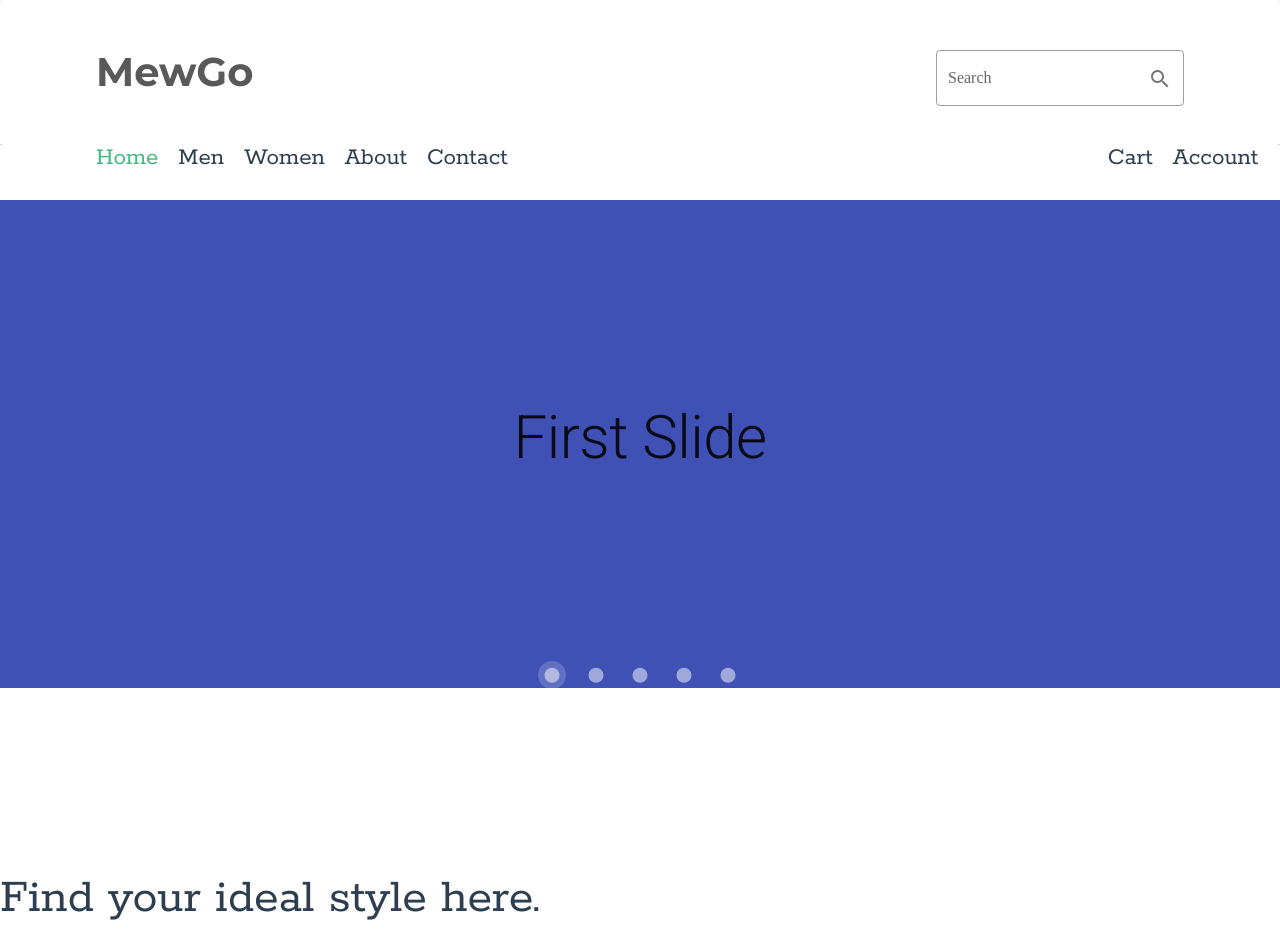
Repository: nguyenphuong152/shoesstore
Page: / (app in frontend-customer/)
These files come from the project's save history. The page is drawn as it stood at one moment and after the next save; the edit follows.
The browser window is 1280 px wide. The pictures show the part of the page from y = 0 to 950 px (the page is 3230 px tall before and 3191 px after).
Pictures or frames that could not be fetched are drawn as grey boxes. The project was rebuilt for these pictures with package versions that can differ from the ones it lists, and the page was loaded fresh each time. Also part of the build but not shown: frontend-customer/vue.config.js.

Above is the page before, as saved 2020-11-18 10:34:10.

### frontend-customer/public/index.html
<!DOCTYPE html>
<html lang="en">
  <head>
    <meta charset="utf-8">
    <meta http-equiv="X-UA-Compatible" content="IE=edge">
    <meta name="viewport" content="width=device-width,initial-scale=1.0">
    <link rel="icon" href="<%= BASE_URL %>favicon.ico">
    <title><%= htmlWebpackPlugin.options.title %></title>
    <link rel="stylesheet" href="https://fonts.googleapis.com/css?family=Roboto:100,300,400,500,700,900">
    <link rel="stylesheet" href="https://cdn.jsdelivr.net/npm/@mdi/font@latest/css/materialdesignicons.min.css">
    <link rel="stylesheet" href="https://fonts.googleapis.com/css?family=Roboto:100,300,400,500,700,900">
    <link href="https://fonts.googleapis.com/css?family=Montserrat:300,400,500,600,700" rel="stylesheet">
	<link href="https://fonts.googleapis.com/css?family=Rokkitt:100,300,400,700" rel="stylesheet">
    <link rel="stylesheet" href="https://cdn.jsdelivr.net/npm/@mdi/font@latest/css/materialdesignicons.min.css">
  </head>
  <body>
    <noscript>
      <strong>We're sorry but <%= htmlWebpackPlugin.options.title %> doesn't work properly without JavaScript enabled. Please enable it to continue.</strong>
    </noscript>
    <div id="app"></div>
    <!-- built files will be auto injected -->
  </body>
</html>

### frontend-customer/src/main.js
import Vue from 'vue'
import App from './App.vue'
import vuetify from './plugins/vuetify';
import router from './router'
import '../sass/style.scss'

Vue.config.productionTip = false

new Vue({
  vuetify,
  router,
  render: h => h(App)
}).$mount('#app')

### frontend-customer/src/App.vue
<template>
  <div id="app">
    <div>
      <v-card flat height="200px" tile>
        <v-toolbar extended extension-height="80">
          <v-toolbar-title id="logo">MewGo</v-toolbar-title>
          <v-spacer></v-spacer>
          <v-toolbar-items id="searchbar">
            <v-text-field
              v-model="search"
              append-icon="mdi-magnify"
              label="Search"
              outlined
              single-line
              hide-details
            ></v-text-field>
          </v-toolbar-items>
        </v-toolbar>
        <v-card flat tile class="nav">
          <v-button-items>
            <router-link to="/">Home</router-link>
            <router-link to="/men">Men</router-link>
            <router-link to="/women">Women</router-link>
            <router-link to="/about">About</router-link>
            <router-link to="/contact">Contact</router-link>
            <router-link to="/cart" id="shopping-cart">Cart</router-link>
            <router-link to="/account">Account</router-link>
          </v-button-items>
        </v-card>
      </v-card>
    </div>
    <Banner />
    <router-view />
  </div>
</template>

<script>
import Banner from "./components/Banner";

export default {
  name: "App",

  components: {
    Banner,
  },

  data: () => ({
    //
  }),
};
</script>

### frontend-customer/src/router/index.js
import Vue from 'vue'
import VueRouter from 'vue-router'
import Home from '../views/Home.vue'

Vue.use(VueRouter)

const routes = [
  {
    path: '/',
    name: 'Home',
    component: Home
  },
  {
    path: '/men',
    name: 'Men',
    component: () => import(/* webpackChunkName: "about" */ '../views/Men.vue')
  },
  {
    path: '/women',
    name: 'Women',
    component: () => import(/* webpackChunkName: "about" */ '../views/Women.vue')
  },
  {
    path: '/about',
    name: 'About',
    // route level code-splitting
    // this generates a separate chunk (about.[hash].js) for this route
    // which is lazy-loaded when the route is visited.
    component: () => import(/* webpackChunkName: "about" */ '../views/About.vue')
  },
  {
    path: '/contact',
    name: 'Contact',
    component: () => import(/* webpackChunkName: "about" */ '../views/Contact.vue')
  },
  {
    path: '/cart',
    name: 'Cart',
    component: () => import(/* webpackChunkName: "about" */ '../views/Cart.vue')
  },
  {
    path: '/account',
    name: 'Account',
    component: () => import(/* webpackChunkName: "about" */ '../views/Account.vue')
  },
]

const router = new VueRouter({
  mode: 'history',
  base: process.env.BASE_URL,
  routes
})

export default router

### frontend-customer/sass/style.scss
$font-primary: 'Montserrat',
Arial,
sans-serif;
$font-secondary: 'Rokkitt',
Georgia,
serif;

// Overrides
$grid-gutter-width: 20px !default;
$border-radius-base: 4px !default;
$padding-base-vertical: 14px !default;

$brand-primary: #616161 !default;
$brand-secondary: #88c8bc !default;
$brand-yellow: #FFDD00 !default;
$brand-footer-color: #2C2E3E;

$brand-white: #fff;
$brand-black: #000;
$brand-darker: #444;
$brand-gray: #ccc;
$brand-lighter: #e9e9e9;
$brand-body-color: #e8e8e8;
$brand-selection-color: #f9f6f0;
$brand-overlay-color: #4c4a8a;
$brand-bg-color: $brand-white;

#app {
  -webkit-font-smoothing: antialiased;
  -moz-osx-font-smoothing: grayscale;
  color: #2c3e50;
}

.item-nav {
  padding-right: 20px;
}


.nav {
  padding-left: 96px;
  a {
    font-size: 25px;
    color: #2c3e50;
    font-family: $font-secondary;
    text-decoration: none;

    &.router-link-exact-active {
      color: #42b983;
    }

    @extend .item-nav;
  }
}

#logo {
  font-size: 40px;
  padding-top: 80px;
  padding-left: 80px;
  font-weight: 700;
  font-family: $font-primary;
  color: lighten($brand-black, 35%);
}

#searchbar {
  padding-right: 80px;
  padding-top: 50px;
}

#shopping-cart {
  padding-left: 580px;
}

.slogan {
  font-size: 50px;
  color: #2c3e50;
  font-family: $font-secondary;
  text-decoration: none;
}

#home-page{
  margin-top: -50px;
}

#collection {
  margin-top: 50px;
  margin-left:80px;
  margin-right:80px;
  margin-bottom: 50px;
}

.title-collection{
  @extend .slogan;
  font-size: 25px;
  padding-left: 140px;
}

.slogan-2 {
  @extend .slogan;
  padding-left: 500px;
  margin-bottom: 50px;
}

.slogan-3 {
  color: $brand-primary;
  @extend .slogan-2;
  font-size: 40px;
}

### frontend-customer/src/components/Banner.vue
<template>
  <v-app>
    <v-carousel
      cycle
      height="500"
      hide-delimiter-background
      show-arrows-on-hover
    >
      <v-carousel-item v-for="(slide, i) in slides" :key="i">
        <v-sheet :color="colors[i]" height="100%">
          <v-row class="fill-height" align="center" justify="center">
            <div class="display-3">{{ slide }} Slide</div>
          </v-row>
        </v-sheet>
      </v-carousel-item>
    </v-carousel>
  </v-app>
</template>

<script>
export default {
  data() {
    return {
      colors: [
        "indigo",
        "warning",
        "pink darken-2",
        "red lighten-1",
        "deep-purple accent-4",
      ],
      slides: ["First", "Second", "Third", "Fourth", "Fifth"],
    };
  },
};
</script>

### frontend-customer/src/views/Home.vue
<template>
  <div class="home" id="home-page">
    <v-content>
      <a class="slogan text-center">Find your ideal style here.</a>
      <Collection />
      <a class="slogan-2">Best Sellers</a>
      <BestSeller />
      <a class="slogan-3">TRUSTED PARTNERS</a>
      <Partner />
    </v-content>
  </div>
</template>

<script>
import Collection from "../components/Collection";
import BestSeller from "../components/BestSeller";
import Partner from "../components/Partner";

export default {
  components: {
    Collection,
    BestSeller,
    Partner
  },

  data: () => ({
    //
  }),
};
</script>

### frontend-customer/src/components/Collection.vue
<template>
  <v-row id="collection">
    <v-col v-for="n in 2" :key="n" class="d-flex child-flex" cols="6">
      <v-card>
        <v-img
          :src="`https://picsum.photos/500/300?image=${n * 5 + 10}`"
          :lazy-src="`https://picsum.photos/10/6?image=${n * 5 + 10}`"
         class="grey lighten-2"
        >
          <template v-slot:placeholder>
            <v-row class="fill-height ma-0" align="center" justify="center">
              <v-progress-circular
                indeterminate
                color="grey lighten-5"
              ></v-progress-circular>
            </v-row>
          </template>
        </v-img>
        <v-card-title class="title-collection">
      {{titles[n-1]}}
    </v-card-title>
      </v-card>
    </v-col>
  </v-row>
</template>

<script>
export default {
      data(){
          return {
              titles:[
                  "Shop Men's Collection",
                  "Shop Women's Collection",
              ],
          }
      }
};
</script>

<style></style>

### frontend-customer/src/components/BestSeller.vue
<template>
  <v-row id="collection">
    <v-col v-for="n in 9" :key="n" class="d-flex child-flex" cols="4">
      <v-card class="mx-auto"
    outlined>
        <v-img
          :src="`https://picsum.photos/500/300?image=${n * 5 + 10}`"
          :lazy-src="`https://picsum.photos/10/6?image=${n * 5 + 10}`"
          aspect-ratio="1"
          class="grey lighten-2"
        >
          <template v-slot:placeholder>
            <v-row class="fill-height ma-0" align="center" justify="center">
              <v-progress-linear
                indeterminate
                color="yellow darken-2"
              ></v-progress-linear>
            </v-row>
          </template>
        </v-img>
        <v-card-title class="title-collection"> Pic{{ n }} </v-card-title>
        <v-card-subtitle class="title-collection">Price</v-card-subtitle>
      </v-card>
    </v-col>
  </v-row>
</template>

<script>
export default {
  data() {},
};
</script>

<style></style>

### frontend-customer/src/components/Partner.vue
<template>
  <v-row id="collection" no-gutters>
    <v-col
      v-for="item in items"
      :key="item.id"
      class="d-flex child-flex"
      cols="2"
    >
        <v-img :src="item.src" class="grey lighten-2">
          <template v-slot:placeholder>
            <v-row class="fill-height ma-0" align="center" justify="center">
              <v-progress-circular
                indeterminate
                color="grey lighten-5"
              ></v-progress-circular>
            </v-row>
          </template>
        </v-img>
    </v-col>
  </v-row>
</template>

<script>
export default {
  data() {
    return {
      items: [
        {
          id: 1,
          src: require("../assets/brand-1.jpg"),
        },
        {
          id: 2,
          src: require("../assets/brand-2.jpg"),
        },
        {
          id: 3,
          src: require("../assets/brand-3.jpg"),
        },
        {
          id: 4,
          src: require("../assets/brand-4.jpg"),
        },
        {
          id: 5,
          src: require("../assets/brand-5.jpg"),
        },
      ],
    };
  },
};
</script>

<style></style>

Loaded but not shown: frontend-customer/src/plugins/vuetify.js (common file)

After the next save:
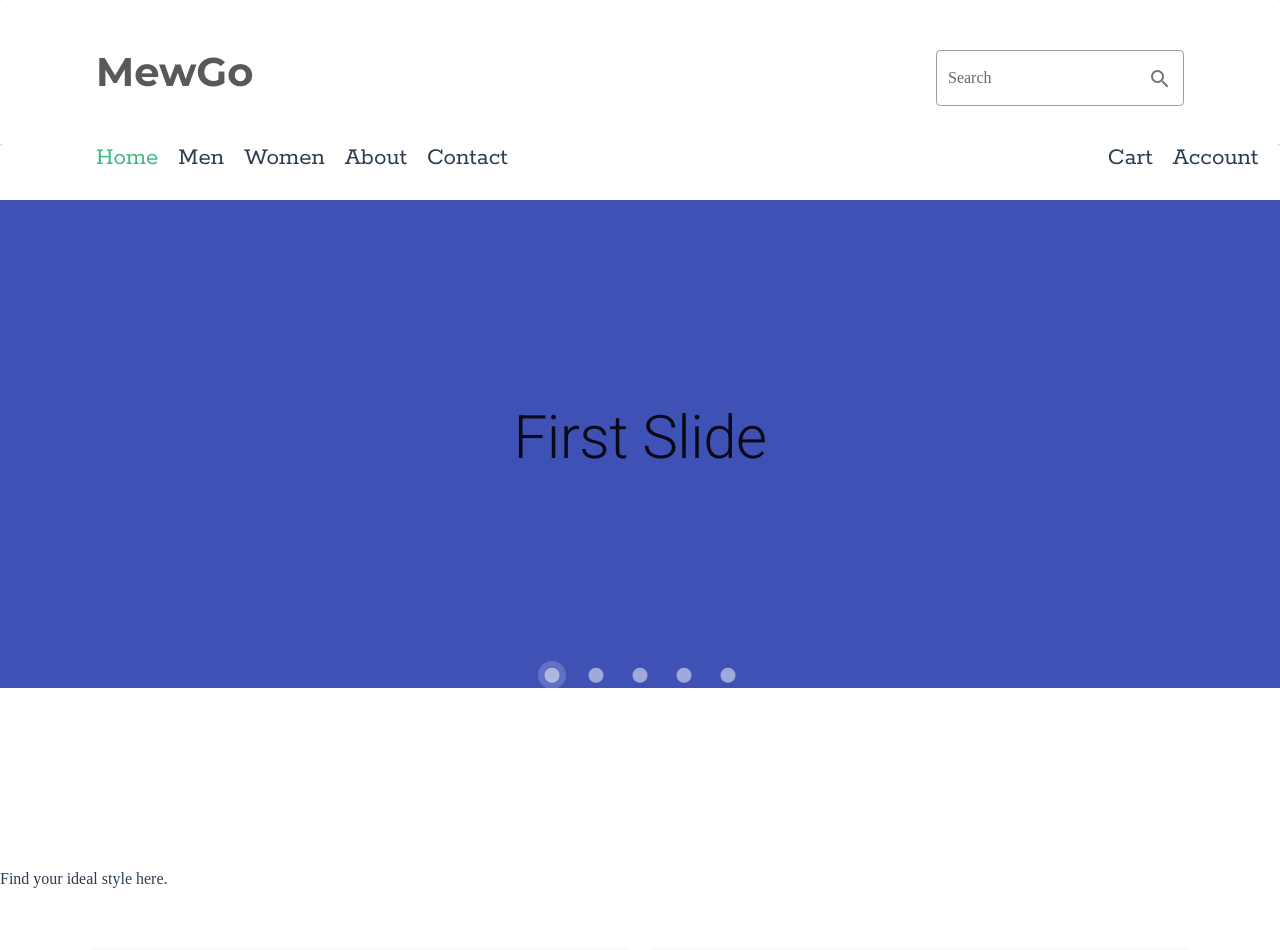
Saved 2 min 13 s later.
--- a/frontend-customer/src/views/Home.vue
+++ b/frontend-customer/src/views/Home.vue
@@ -1,7 +1,7 @@
 <template>
   <div class="home" id="home-page">
     <v-content>
-      <a class="slogan text-center">Find your ideal style here.</a>
+      <a class="text-center">Find your ideal style here.</a>
       <Collection />
       <a class="slogan-2">Best Sellers</a>
       <BestSeller />

After the save that followed:
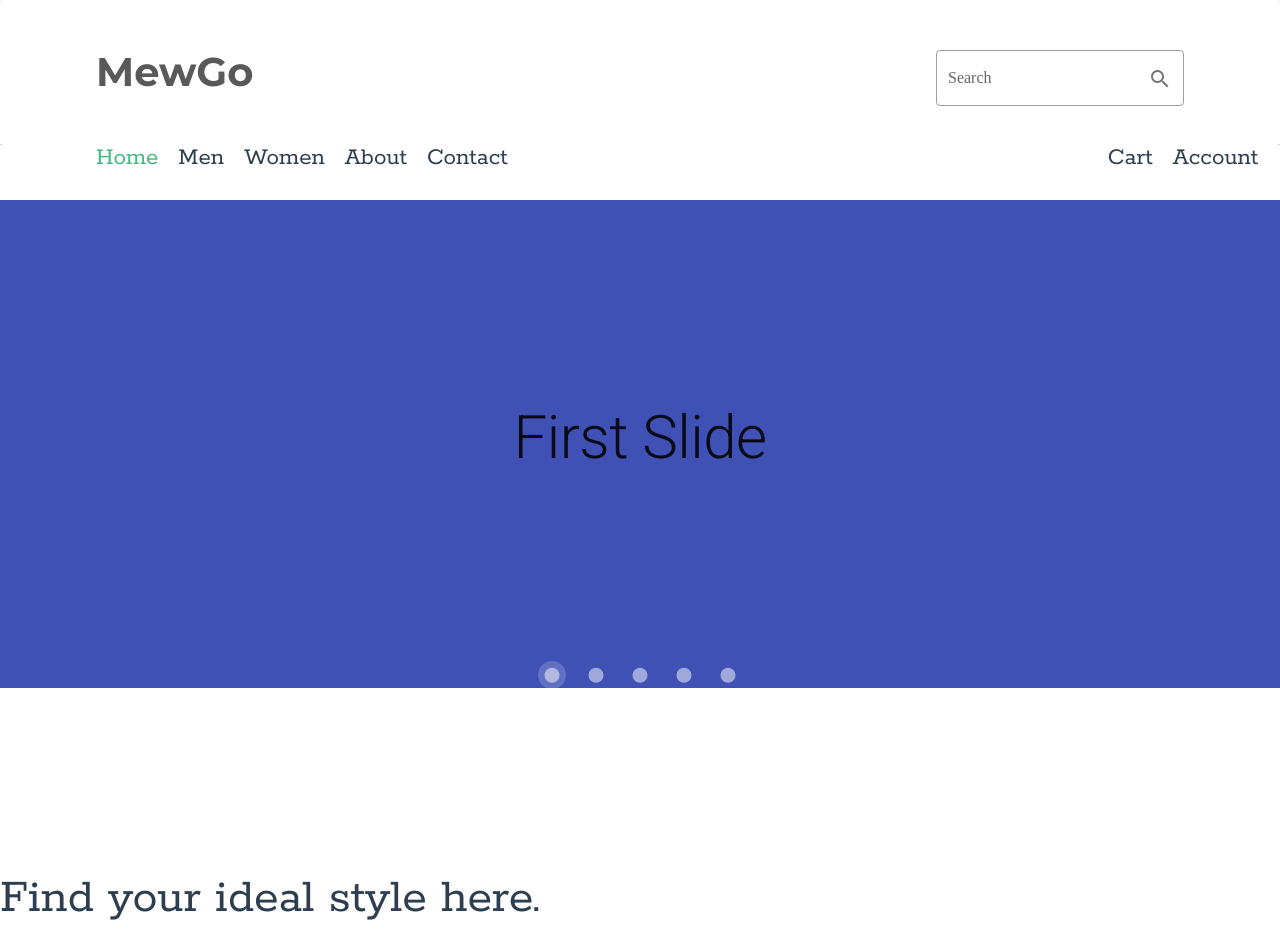
Saved 15 s later.
--- a/frontend-customer/src/views/Home.vue
+++ b/frontend-customer/src/views/Home.vue
@@ -1,7 +1,7 @@
 <template>
   <div class="home" id="home-page">
     <v-content>
-      <a class="text-center">Find your ideal style here.</a>
+      <a class="slogan">Find your ideal style here.</a>
       <Collection />
       <a class="slogan-2">Best Sellers</a>
       <BestSeller />
